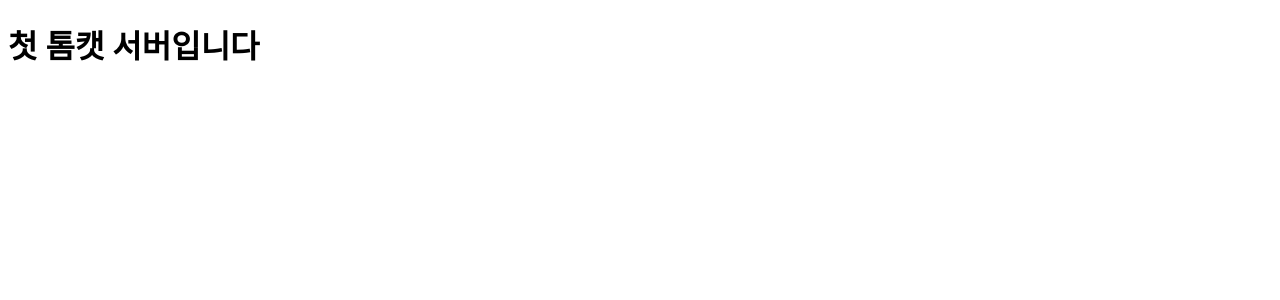
Repository: hj-Seong/Green-Tomcat
Page: HelloWorld/src/main/webapp/index.html
An editor plug-in stored every save of this project. The page is shown before and after the next save, followed by the edit.
The browser window is 1280 px wide. The pictures show the whole page.

Above is the page before, as saved 2022-11-18 07:13:42.

After the next save:
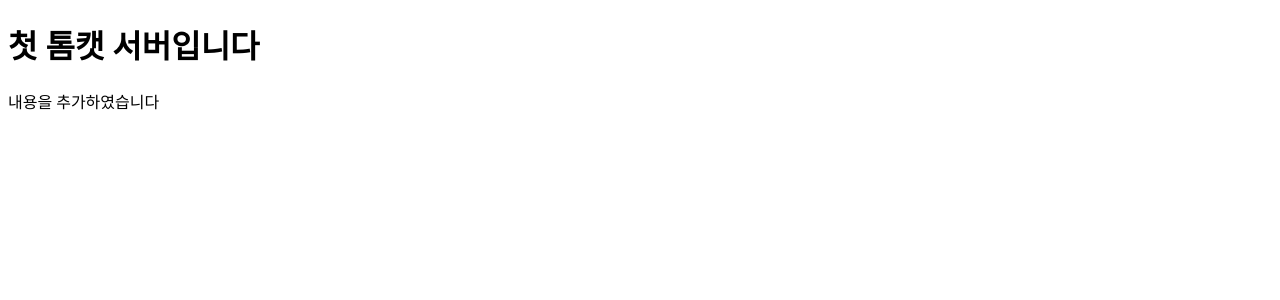
Saved 5 min 15 s later.
--- a/HelloWorld/src/main/webapp/index.html
+++ b/HelloWorld/src/main/webapp/index.html
@@ -6,5 +6,7 @@
 </head>
 <body>
 	<h1>첫 톰캣 서버입니다</h1>
+	<p>내용을 추가하였습니다</p>
+
 </body>
 </html>
